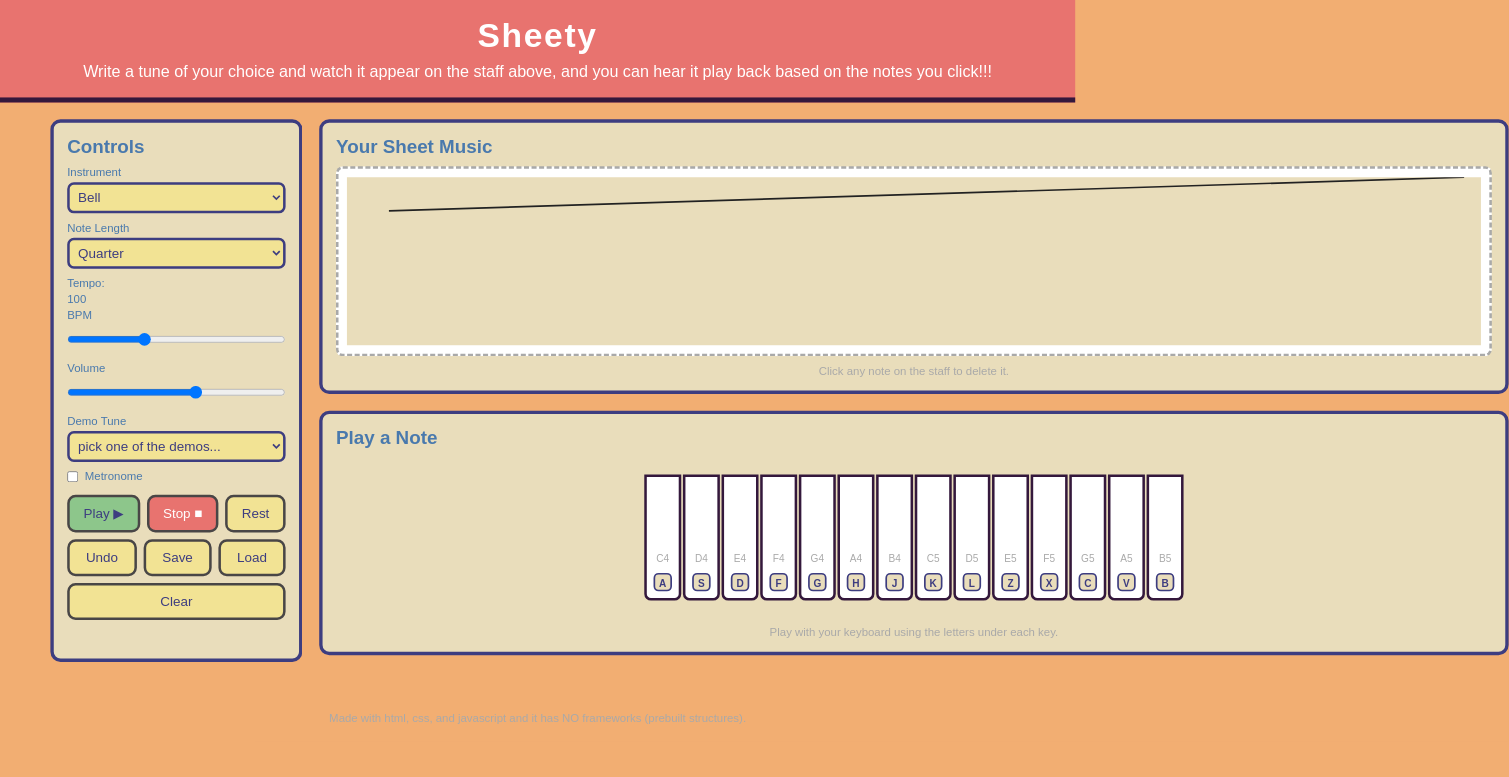
Repository: manayparikh1/sheety
Page: index.html
An editor plug-in stored every save of this project. The page is shown before and after the next save, followed by the edit.
The browser window is 1280 px wide. The page is 1796 px wide, then 1456 px, so the pictures cover 1796 px, including what lies to the right of the window. The pictures show the whole page, at 84% of full size.

Above is the page before, as saved 2026-08-23 18:19:02.

After the next save:
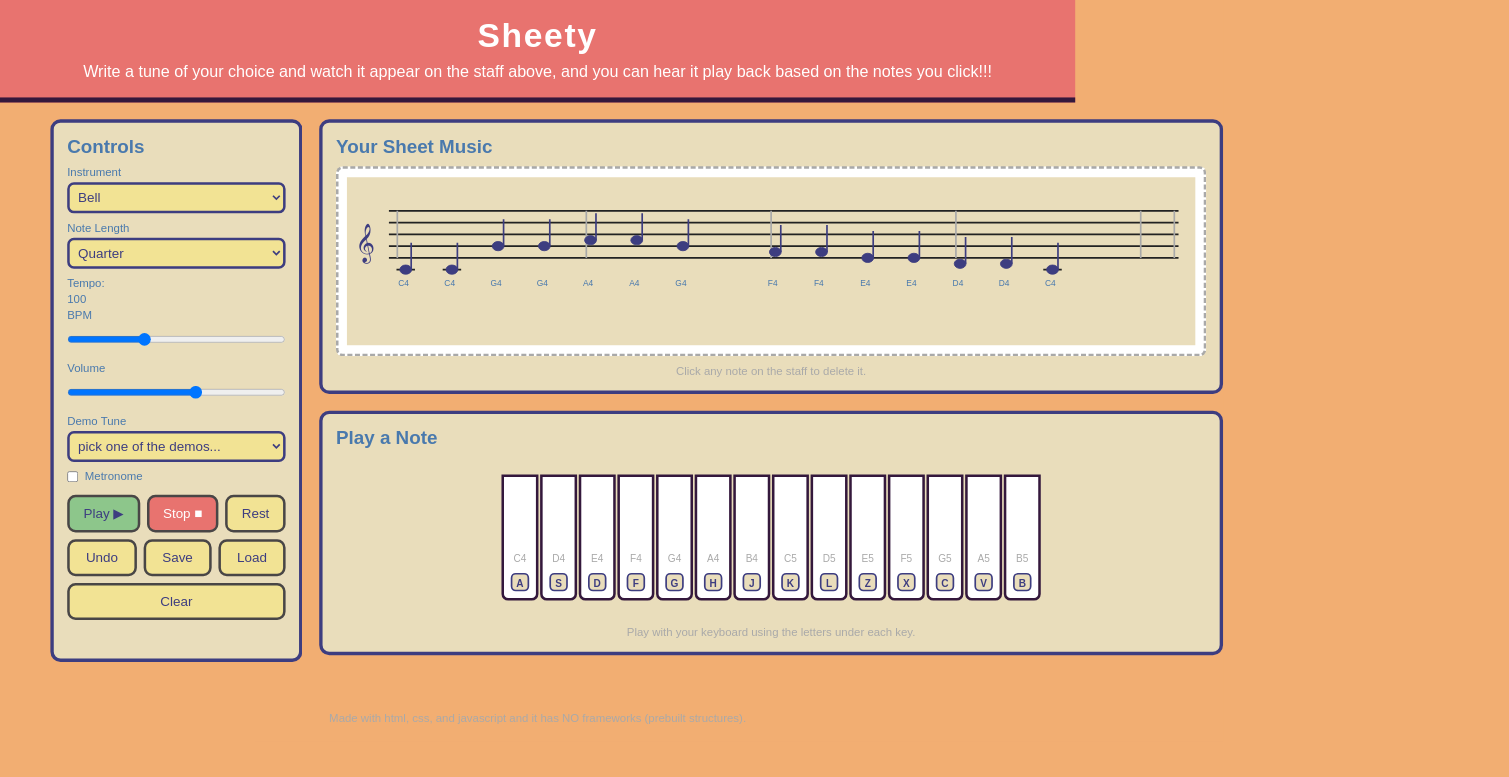
Saved 45 min 18 s later.
--- a/index.html
+++ b/index.html
@@ -24,6 +24,10 @@
             --grey: #a9a9a9;
             --black-key: #494646;
             --line-black: #222222;
+            --glass: rgba(255, 255, 255, 0.18);
+            --glass-strong: rgba(255, 255, 255, 0.38);
+            --edge: rgba(255, 255, 255, 0.55);
+            --shade: 0 8px 32px rgba(31, 38, 60, .25);
         }
 
         html,
@@ -457,25 +461,24 @@
         let song = pr(D["Twinkle Twinkle"]), ctx, T = [], V = [], go = 0, st, H = {}, KP = {};
 
         const msg = m => { $("statusMsg").textContent = m; clearTimeout(st); st = setTimeout(() => $("statusMsg").textContent = "", 3500) };
-        const led = (x, y) => `<line class="ledger-line" x1=${x = 11} y1=${y} x2=${x + 11} y2=${y}/>`;
+        const led = (x, y) => `<line class="ledger-line" x1=${x - 11} y1=${y} x2=${x + 11} y2=${y} />`;
 
         function draw() {
-            let R = [[]], b = 0, W = (70 + 20 - 4) * 15 + 60;
+            let R = [[]], b = 0, W = 70 + 16 * 55 + 60;
             song.forEach((n, g) => {
                 if (b + B[n.d] > 16) { R.push([]); b = 0 } R.at(-1).push({ ...n, g }); b += B[n.d]
             });
             sv.setAttribute("width", W); sv.setAttribute("height", R.length * 200);
             sv.innerHTML = R.map((r, ri) => {
-                const t = ri * 200 + 40, bo = t + 50 + 5 + 1, bar = x => `<line
-     class="bar-line" x1=${x} y1=${t} x2=${x} y2=${bo}/>`;
-                let o = [0, 1, 2, 3, 4].map(l => `<line class="staff-line" x1=50 y1=${t + l * 14} x2=${W - 20} y2=${t + l * 14}/>`).join("") + `<text class="clef-text" x=10 y=${bo - 5}>&#119070;</text>` + bar(60), x = 70, c = 0;
+                const t = ri * 200 + 40, bo = t + 50 + 5 + 1, bar = x => `<line class="bar-line" x1=${x} y1=${t} x2=${x} y2=${bo} />`;
+                let o = [0, 1, 2, 3, 4].map(l => `<line class="staff-line" x1=50 y1=${t + l * 14} x2=${W - 20} y2=${t + l * 14} />`).join("") + `<text class="clef-text" x=10 y=${bo - 5}>&#119070;</text>` + bar(60), x = 70, c = 0;
                 for (const n of r) {
-                    if (n.i < 0) o += `<rect class="rest-mark" data-i=${n.g} x=${x - 6} y=${t + 24} width=12 height=8 rx=2/>`;
+                    if (n.i < 0) o += `<rect class="rest-mark" data-i=${n.g} x=${x - 6} y=${t + 24} width=12 height=8 rx=2 />`;
                     else {
                         const s = n.i - 2, y = bo - s * 7, u = s < 4, sx = x + (u ? 6.5 : -6.5), sy = y + (u ? -32 : 32);
                         for (let k = -2; k >= s; k -= 2)o += led(x, bo - k * 7);
                         for (let k = 10; k <= s; k += 2)o += led(x, bo - k * 7);
-                        o += `<ellipse class="note-head${n.d == "w" ? " hollow" : ""}" data-i=${n.g} cx=${x} cy=${y} rx=7 ry=5.5/>` + (n.d == "w" ? "" : `<line class="note-stem" x1=${sx} y1=${y} x2=${sx} y2=${sy}/>` + (n.d == "e" ? `<path class="note-stem" fill=none d="M${sx} ${sy}q10 ${u ? 5 : -5} 6 ${u ? 15 : -15}"/>` : ""));
+                        o += `<ellipse class="note-head${n.d == "w" ? " hollow" : ""}" data-i=${n.g} cx=${x} cy=${y} rx=7 ry=5.5 />` + (n.d == "w" ? "" : `<line class="note-stem" x1=${sx} y1=${y} x2=${sx} y2=${sy} />` + (n.d == "e" ? `<path class="note-stem" fill=none d="M${sx} ${sy}q10 ${u ? 5 : -5} 6 ${u ? 15 : -15}" />` : ""));
                     }
                     o += `<text class="note-label" x=${x - 9} y=${bo + 34}>${n.i < 0 ? "rest" : nm(n.i)}</text>`;
                     x += B[n.d] * 55; if ((c += B[n.d]) > 3.99) { o += bar(x - 5); c = 0 }
@@ -487,8 +490,7 @@
         const clr =
             () => sv.querySelectorAll(".playing").forEach(e => e.classList.remove("playing"));
         const play = () => {
-            if (!song.length || go) return
-            msg(go ? "Already playing!" : "Nothing to play yet!");
+            if (!song.length || go) return msg(go ? "Already playing!" : "Nothing to play yet!");
             go = 1; msg("PLAYINGGG..."); const
                 c = AC(), bt = 60 / $("bpm").value; let t = c.currentTime + .1;
             song.forEach((n, g) => {
